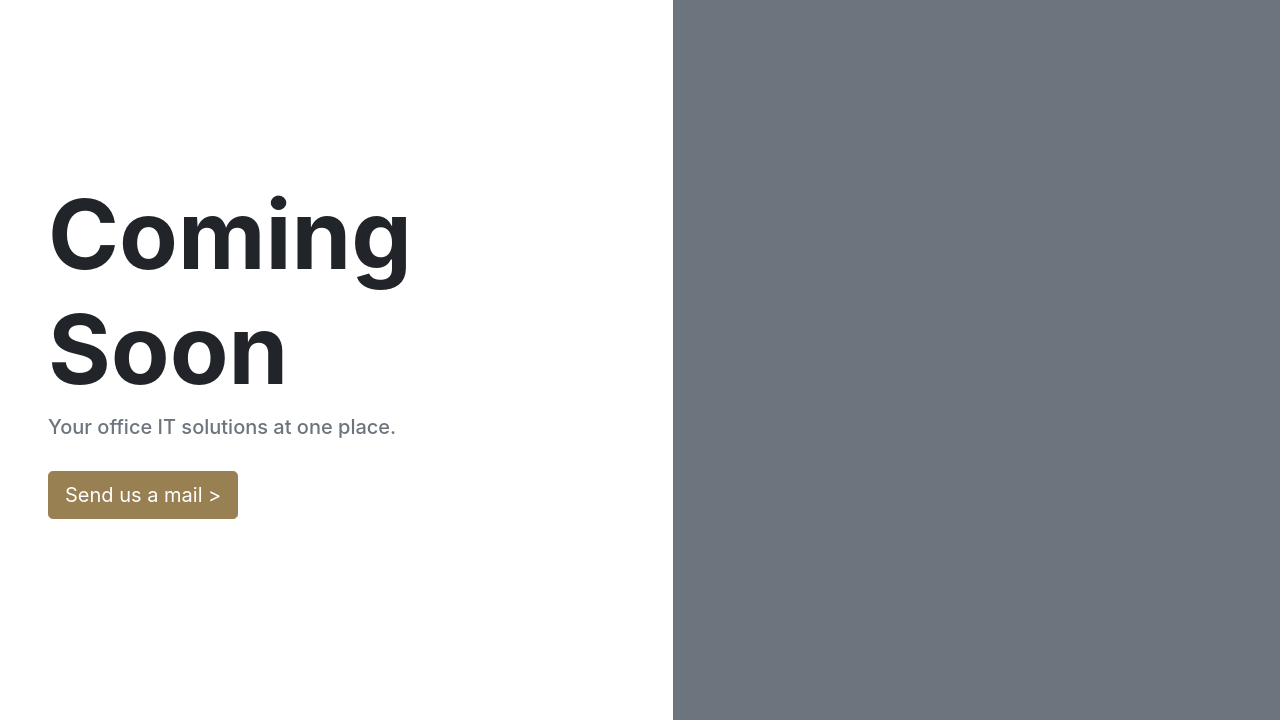
Repository: Thekxgh/website
Page: /
These files come from the project's save history. The page is drawn as it stood at one moment and after the next save; the edit follows.
The browser window is 1280 px wide. The pictures show the whole page.
The project was rebuilt for these pictures with package versions that can differ from the ones it lists, and the page was loaded fresh each time.

Above is the page before, as saved 2021-07-14 09:41:42.

### src/index.scss
$primary: #998053;
$dark: #050507;
$light-primary-bg: #DDDEE7;
$light-primary: #DDDEE7;
$theme-colors: (
    "primary": $primary,
    "info": $light-primary,
    "danger": teal,
    "dark": $dark
);

@import '~bootstrap/scss/bootstrap.scss';
body {
  margin: 0;
  font-family: -apple-system, BlinkMacSystemFont, 'Segoe UI', 'Roboto', 'Oxygen',
    'Ubuntu', 'Cantarell', 'Fira Sans', 'Droid Sans', 'Helvetica Neue',
    sans-serif;
  -webkit-font-smoothing: antialiased;
  -moz-osx-font-smoothing: grayscale;
}

code {
  font-family: source-code-pro, Menlo, Monaco, Consolas, 'Courier New',
    monospace;
}

### src/App.tsx
import React from 'react';
import { LandingPage } from './presentation/LandingPage';

function App() {
  return (
    <LandingPage />
  );
}

export default App;

### src/presentation/LandingPage.tsx
import { Col, Container, Row } from "react-bootstrap"

export const LandingPage = () => {
    return (
    <Container fluid>
        <Row className="min-vh-100 align-items-center">
            <Col className="p-5">
                <h1 className="display-1 font-weight-bold">Coming Soon</h1>
                <h5 className="text-muted">Your office IT solutions at one place.</h5>
                <a className="btn btn-primary btn-lg my-4" href="mailto:contact@thekxgh.com"> Send us a mail {'>'} </a>
            </Col>
            <Col className="bg-secondary min-vh-100">

            </Col>
        </Row>
    </Container>
    );
}

Loaded but not shown: public/index.html (common file); src/index.tsx (common file)

After the next save:
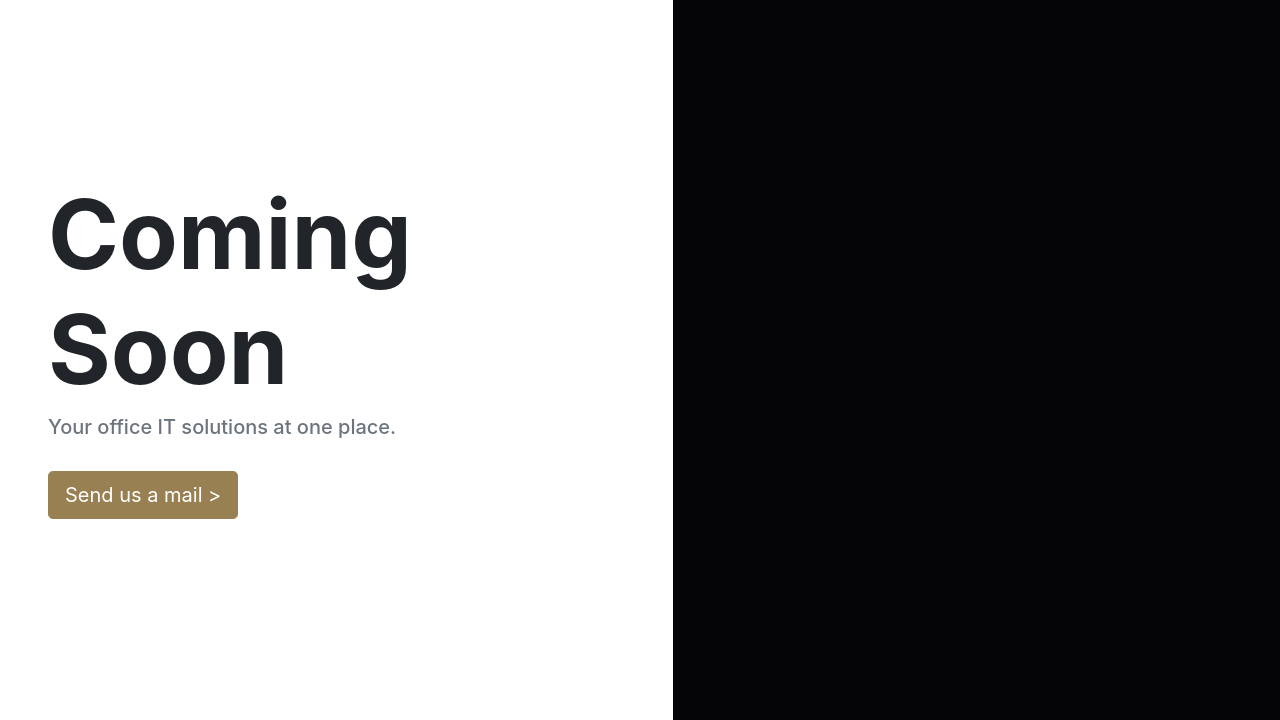
Saved 4 s later.
--- a/src/presentation/LandingPage.tsx
+++ b/src/presentation/LandingPage.tsx
@@ -9,7 +9,7 @@ export const LandingPage = () => {
                 <h5 className="text-muted">Your office IT solutions at one place.</h5>
                 <a className="btn btn-primary btn-lg my-4" href="mailto:contact@thekxgh.com"> Send us a mail {'>'} </a>
             </Col>
-            <Col className="bg-secondary min-vh-100">
+            <Col className="bg-dark min-vh-100">
 
             </Col>
         </Row>
